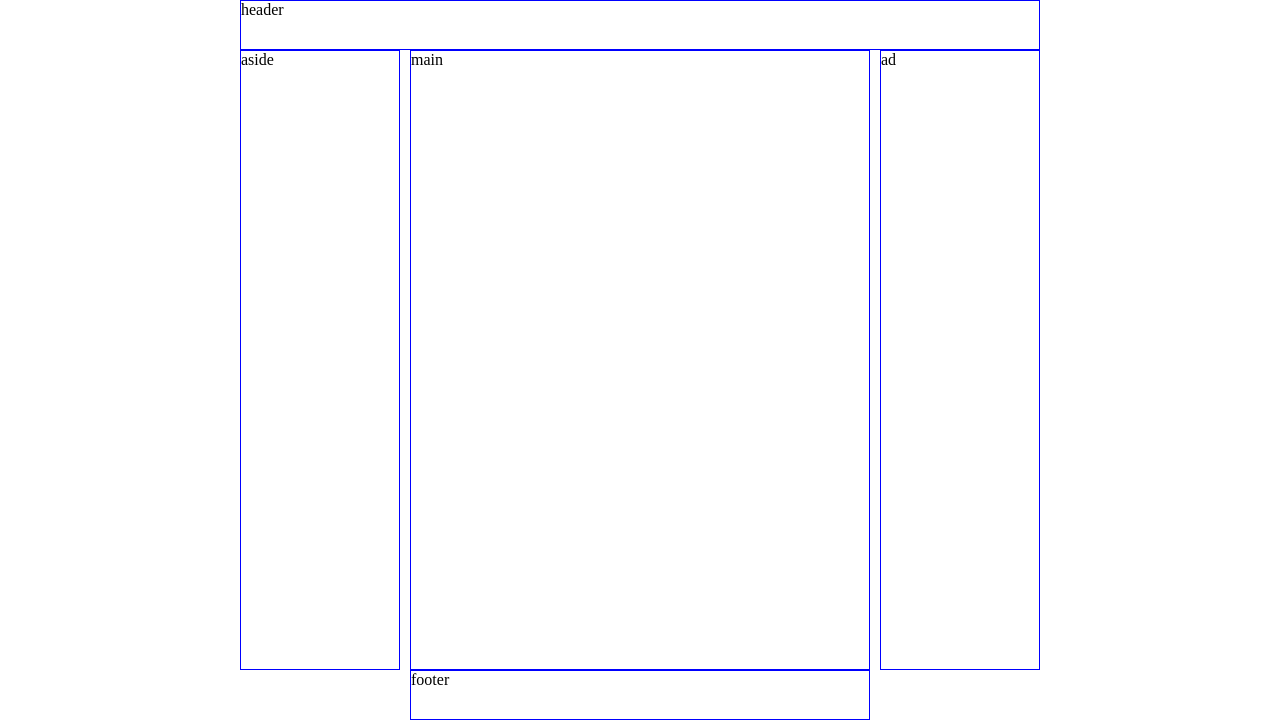
Repository: Lixianlai-2/Css-practice
Page: grid布局/template-area/index.html
These files come from the project's save history. The page is drawn as it stood at one moment and after a run of saves; the edit follows.
The browser window is 1280 px wide. The pictures show the whole page.

Above is the page before, as saved 2021-12-05 11:00:47.

After the next 2 saves:
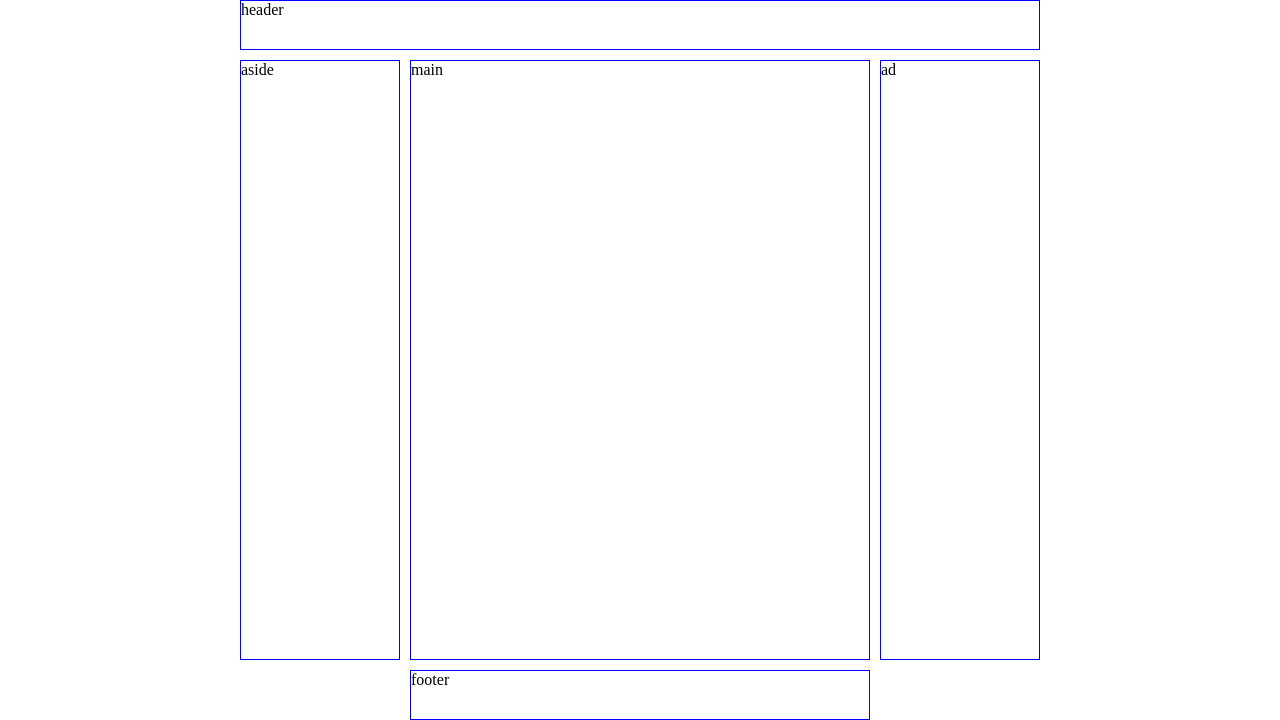
The 2 saves are shown as one change because they came seconds apart.
The last was saved 15 s later.
--- a/grid布局/template-area/style.css
+++ b/grid布局/template-area/style.css
@@ -15,8 +15,7 @@
   width: 800px;
   /* 占满总页面 */
   height: 100vh;
-  -moz-column-gap: 10px;
-       column-gap: 10px;
+  gap: 10px;
   grid-template-rows: 50px auto 50px;
   grid-template-columns: 160px auto 160px;
   /* 让整个容器居中 */
